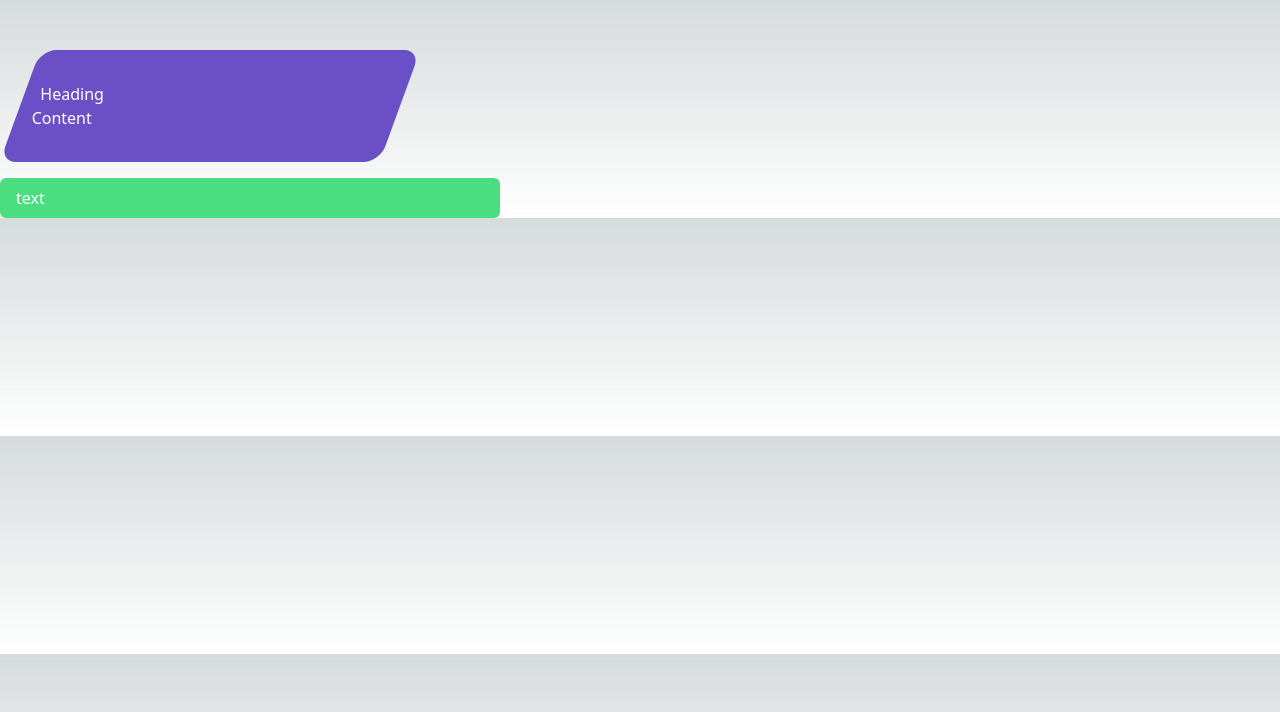
Repository: PreciousOritsedere/jasere-test
Page: /
The author's editor kept a copy of each file at every save. The page is drawn from the files as they stood at one save, then again after the next save.
The browser window is 1280 px wide. The pictures show the whole page.
The project was rebuilt for these pictures with package versions that can differ from the ones it lists, and the page was loaded fresh each time. The framework's server and built-in components were replaced by stand-ins that run in the browser. Also part of the build but not shown: next.config.mjs.

Above is the page before, as saved 2024-03-26 15:02:48.

After the next save:
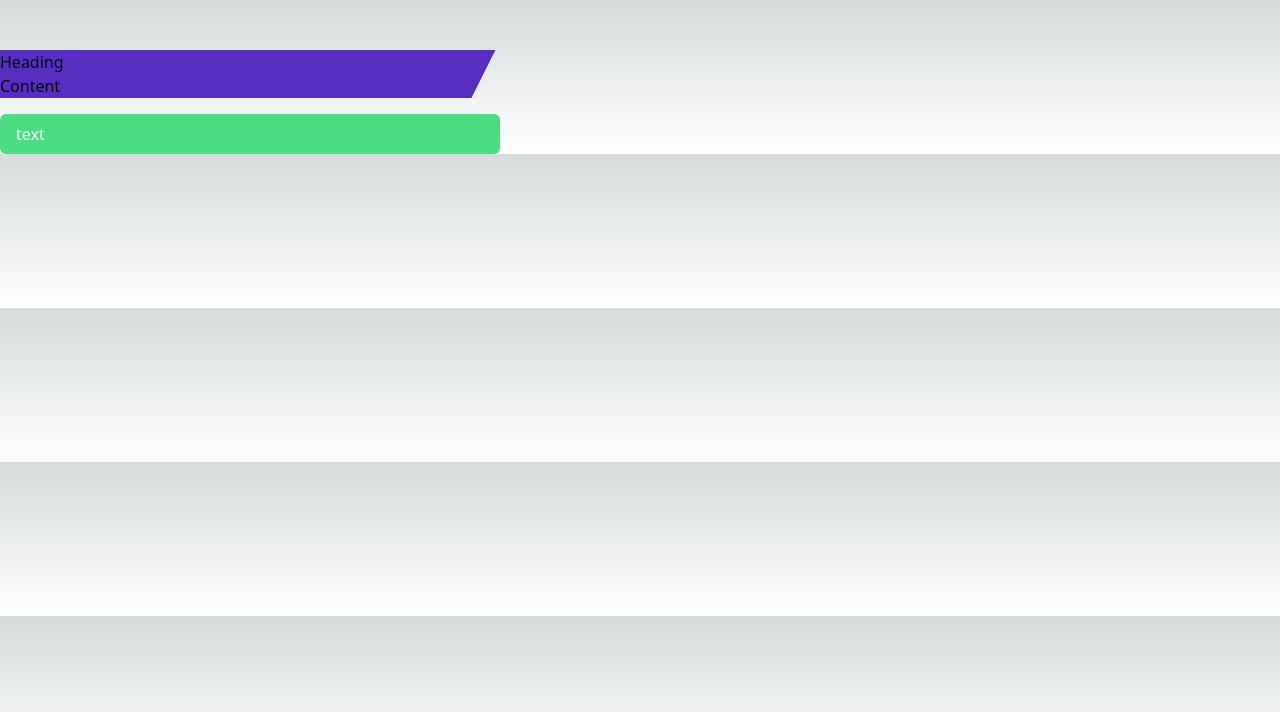
Saved 3 min 40 s later.
--- a/src/styles/globals.css
+++ b/src/styles/globals.css
@@ -33,20 +33,13 @@ body {
 }
 
 .parallelogram {
-  background: #6b4fc6; /* Or use bg-purple-400 if you're using a utility-first CSS framework */
-  color: white;
-  padding: 16px; /* px-4 */
-  padding-top: 32px; /* py-2, adjusted for the skew */
-  padding-bottom: 32px; /* py-2, adjusted for the skew */
-  transform: skew(-20deg);
-  margin-left: 20px;
-  margin-right: 100px; /* Adjusted for the skew to prevent text overflow */
+  /* Existing styles */
   position: relative;
-  overflow: hidden; /* Prevents the child elements from overflowing */
-  border-radius: 16px;
+  overflow: hidden; /* Hide overflow */
+  /* Add your background image here, using the path to your SVG */
+  background-image: url('/Rectangle 1.svg');
+  background-size: cover; /* This will cover the entire div with your SVG */
+  background-repeat: no-repeat;
+  /* You might want to adjust this to position your background as needed */
+  background-position: center;
 }
-
-.parallelogram h3,
-.parallelogram p {
-  transform: skew(20deg);
-}
